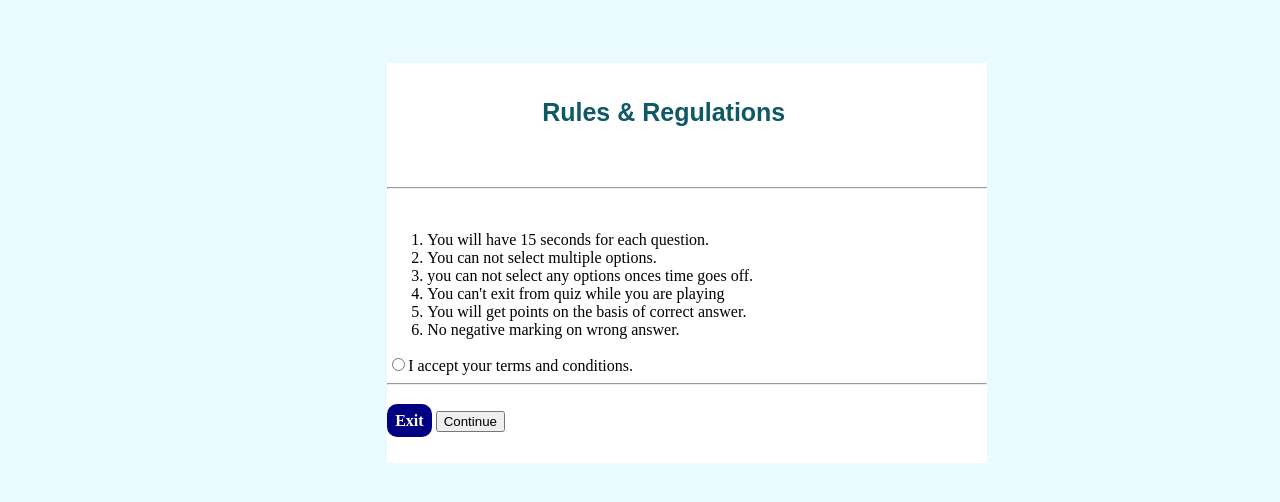
Repository: Rupali-8062Chourasiya5279/Internship_Task_Rupali
Page: Programming Language/quiz/QuizApp/src/main/webapp/rules.html
The author's editor kept a copy of each file at every save. The page is drawn from the files as they stood at one save, then again after the next save.
The browser window is 1280 px wide. The pictures show the whole page.

Above is the page before, as saved 2025-01-24 14:02:55.

After the next save:
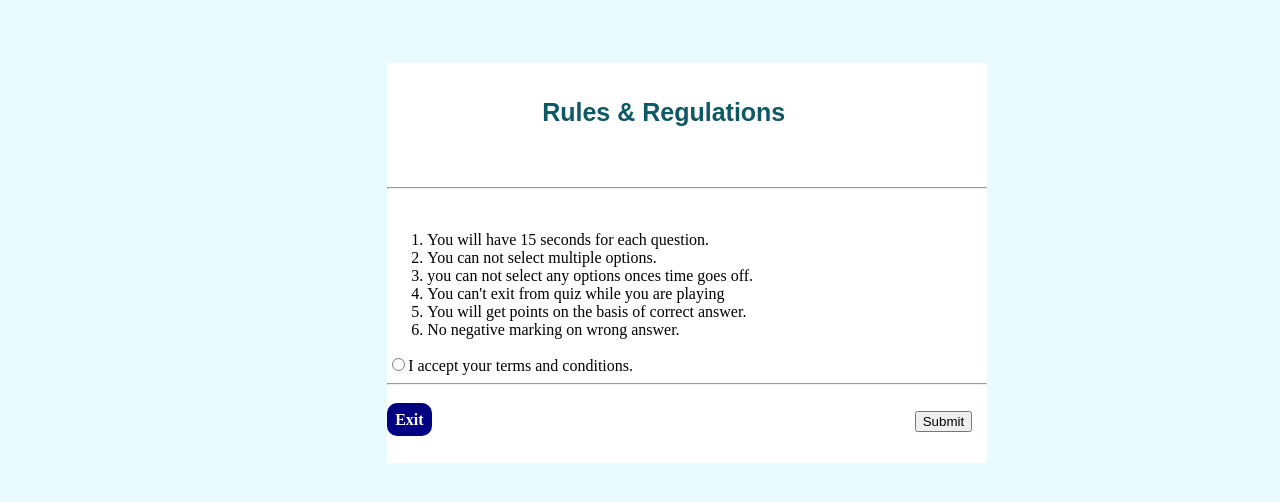
Saved 16 h 22 min later.
--- a/Programming Language/quiz/QuizApp/src/main/webapp/rules.html
+++ b/Programming Language/quiz/QuizApp/src/main/webapp/rules.html
@@ -58,7 +58,7 @@ background-color: white;
 	<a href="Home.html">Exit</a>
 		<!--  <a href="First.html" style="float: right;margin-right: 15px;">Continue</a>-->
 
-	<input type="submit" value="Continue">
+	<input type="submit" style="float: right;margin-right: 15px; value="Continue">
  </div>
 	</form>
 </body>
